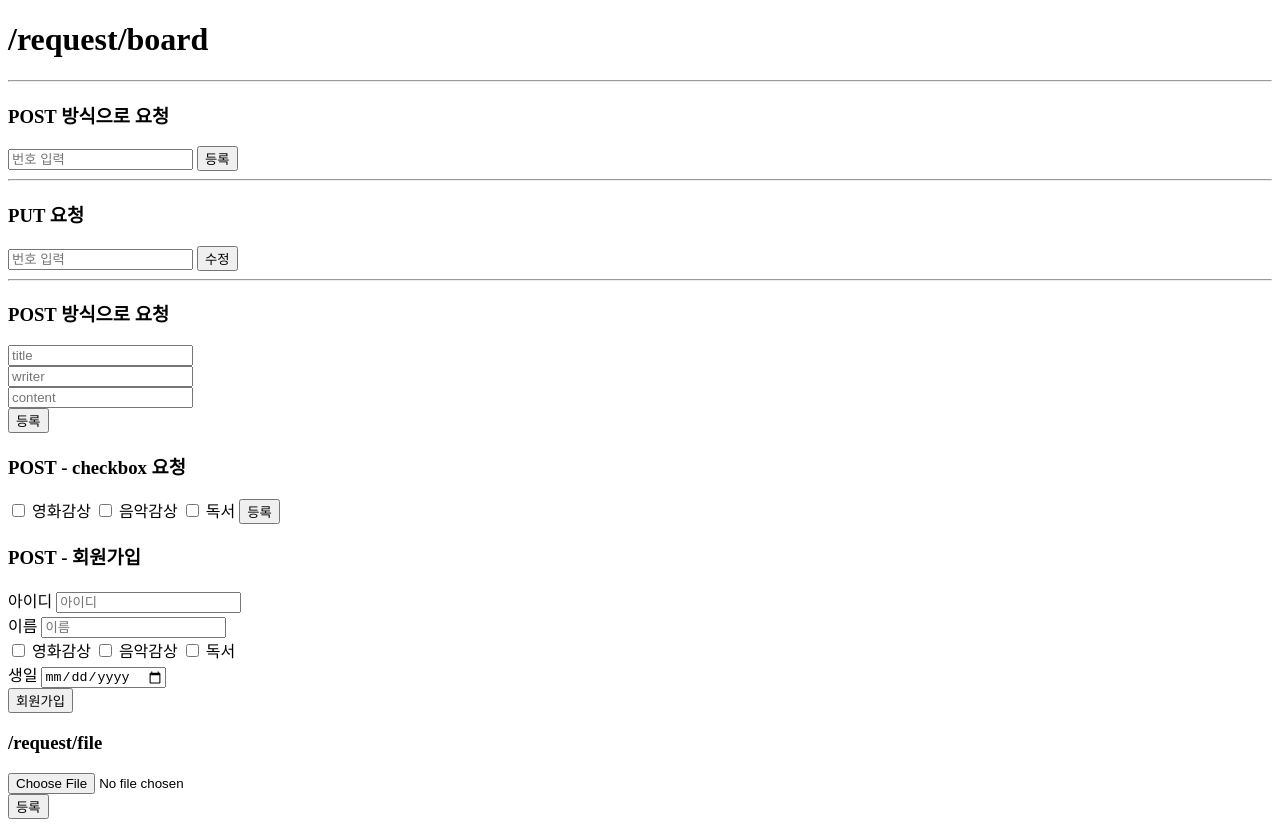
Repository: xegenie/Spring
Page: http://localhost/spring-mvc/request/board
An editor plug-in stored every save of this project. The page is shown before and after the next save, followed by the edit.
The browser window is 1280 px wide. The pictures show the whole page.
The page is served by Tomcat 9.

Above is the page before, as saved 2024-11-07 06:56:23.

After the next save:
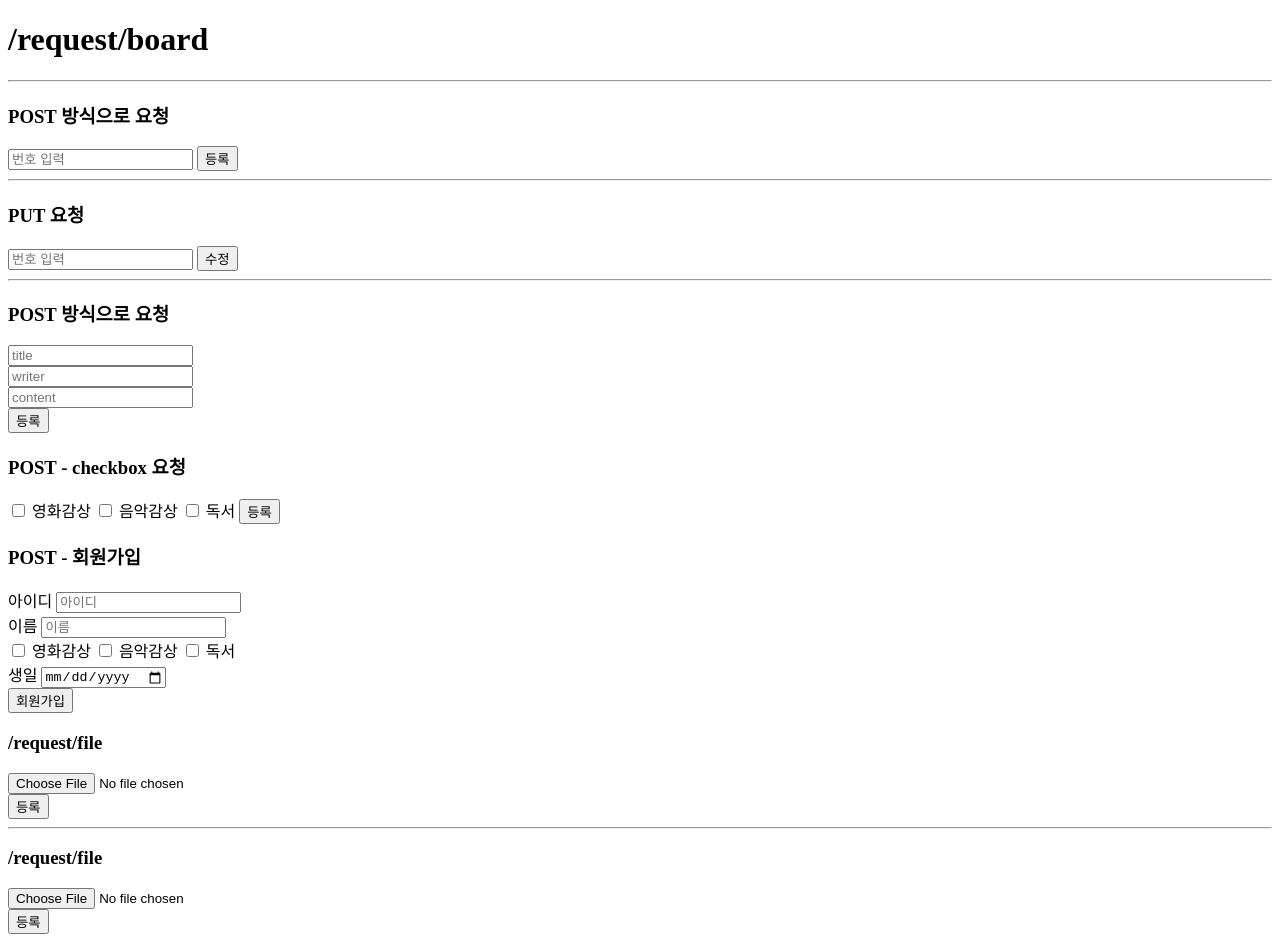
Saved 14 s later.
--- a/spring-mvc/src/main/webapp/WEB-INF/views/request/board.jsp
+++ b/spring-mvc/src/main/webapp/WEB-INF/views/request/board.jsp
@@ -89,5 +89,13 @@
 		<input type="submit" value="등록" />
 	</form>
 
+	<hr>
+
+	<h3>/request/file</h3>
+	<form action="${ pageContext.request.contextPath }/request/file" method="POST" enctype="multipart/form-data">
+		<input type="file" name="file" /> <br>
+		<input type="submit" value="등록" />
+	</form>
+
 </body>
 </html>
